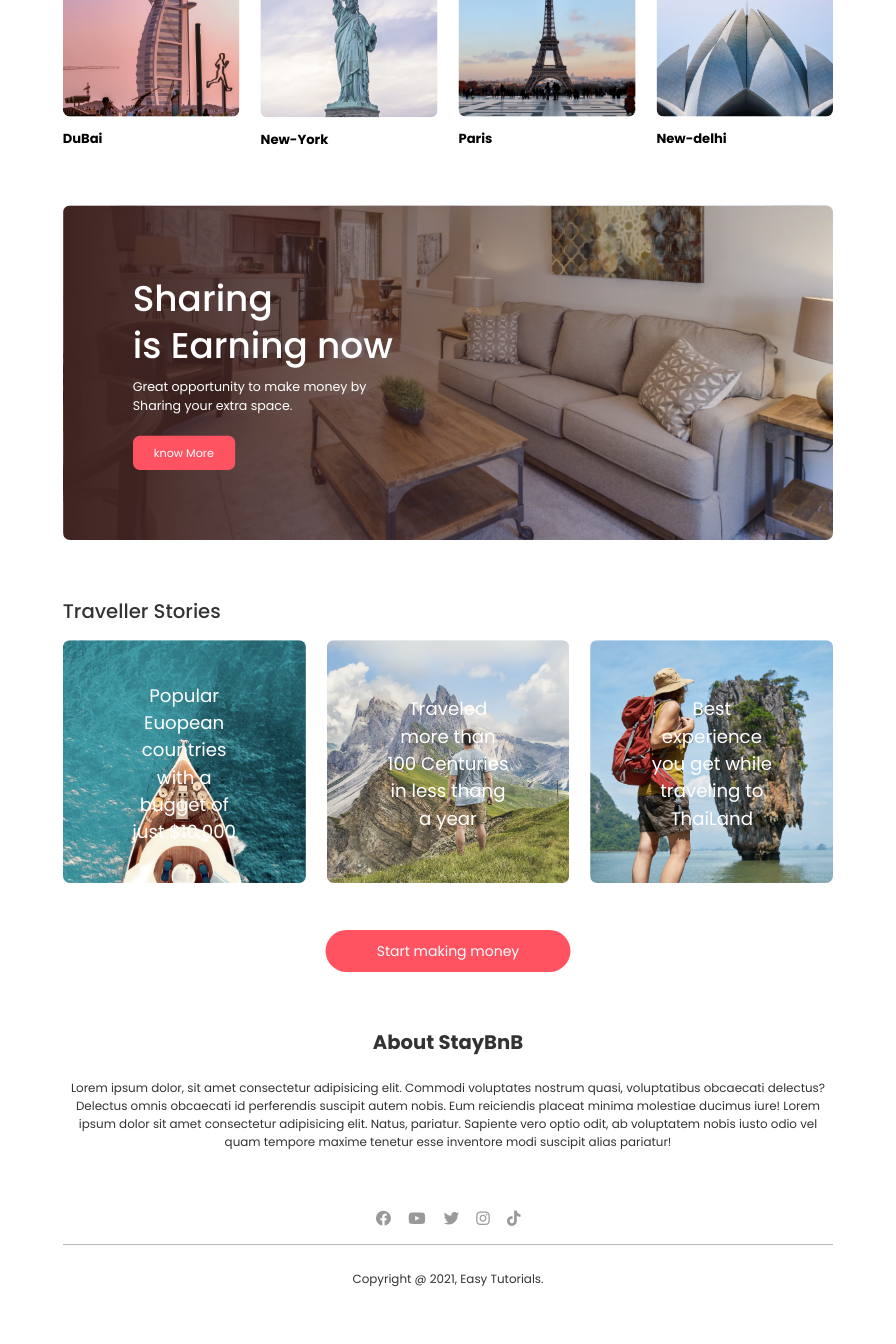
Repository: pinocoding/AirBnB
Page: index.html
These files come from the project's save history. The page is drawn as it stood at one moment and after the next save; the edit follows.
The browser window is 1280 px wide. The pictures show the part of the page from y = 1301 to 3221 px (the page is 3221 px tall before and 3141 px after), at 70% of full size.

Above is the page before, as saved 2022-02-12 17:53:29.

After the next save:
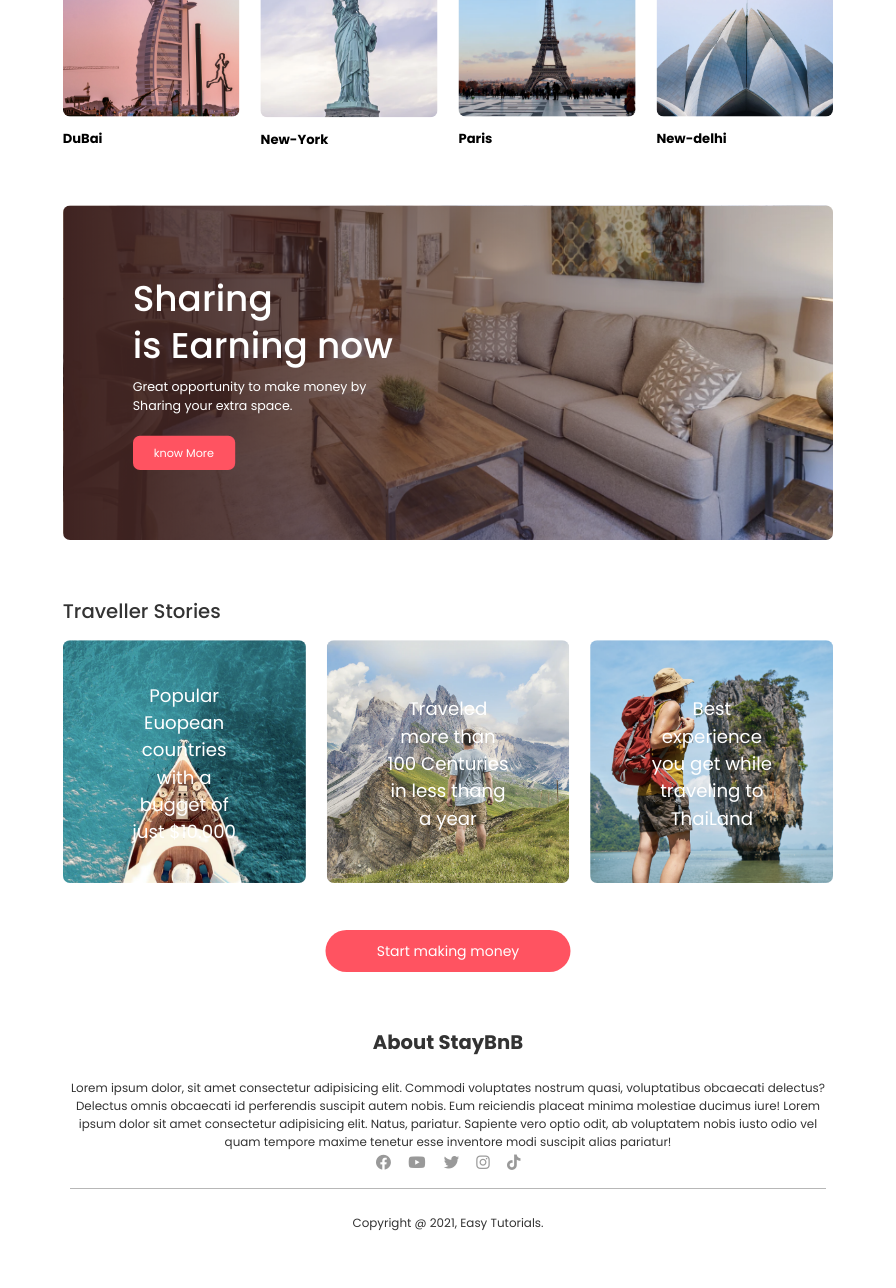
Saved 59 s later.
--- a/style.css
+++ b/style.css
@@ -268,7 +268,7 @@ nav {
 /* --------Footer-----   */
 
 .footer {
-    margin: 80px 0 10px;
+    margin: 0 10px;
     text-align: center;
 }
 
